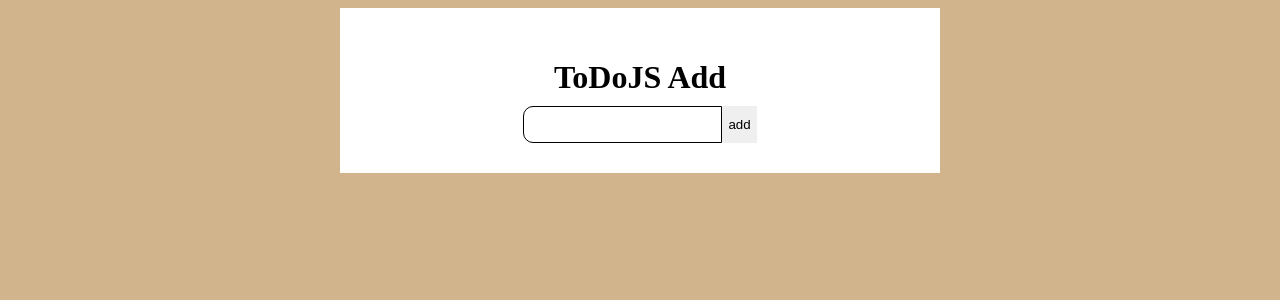
Repository: Savich01/ToDo
Page: index.html
An editor plug-in stored every save of this project. The page is shown before and after the next save, followed by the edit.
The browser window is 1280 px wide. The pictures show the whole page.

Above is the page before, as saved 2024-05-03 13:12:38.

### index.html
<!DOCTYPE html>
<html lang="en">
<head>
    <meta charset="UTF-8">
    <meta name="viewport" content="width=device-width, initial-scale=1.0">
    <link rel="stylesheet" href="css/style.css">
    <title>ToDO</title>
</head>
<body>
    <header class="header">
        <div class="header-block">
            <div class="header-block__sub">
                <h1 class="title">ToDoJS Add</h1>
                <form class="personal" action="#">
                    <input type="text" class="personal-input">
                    <button class="personal-btn">add</button>
                </form>
            </div>
        </div>
    </header>
        <!-- <div class="block1">
            <div class="block-sub">
                <h1 class="title">ToDoJS Add</h1>
                <div class="personal">
                    <input class="personal-input1" type="text">
                    <button class="personal-btn">add</button>
                </div>
            </div>
            <div class="block-sub2">

            </div>
        </div> -->
        <script src="js/script.js"></script>
</body>
</html>

### css/style.css
body {
    max-width: 100%;
    background: tan;
}

.header-block {
    max-width: 600px;
    margin: 0 auto;
    background: white;
}
 .header-block__sub {
    display: flex;
    flex-direction: column;
    justify-content: center;
    align-items: center;
    padding: 30px 0px;
 }

 .title {
    margin-bottom: 10px;
 }

 .personal {
    display: flex;
    justify-content: center;
 }

 .personal-input{
    padding: 10px;
    border: 1px solid #000;
    border-radius: 10px 0px 0px 10px;
 }
.personal-btn {
    border: none;
}
/*--------------------ПЕРВЫЙ БЛОК-------------------------------------*/

Loaded but not shown: js/script.js (no copy from this time; the picture is the same without it)

After the next save:
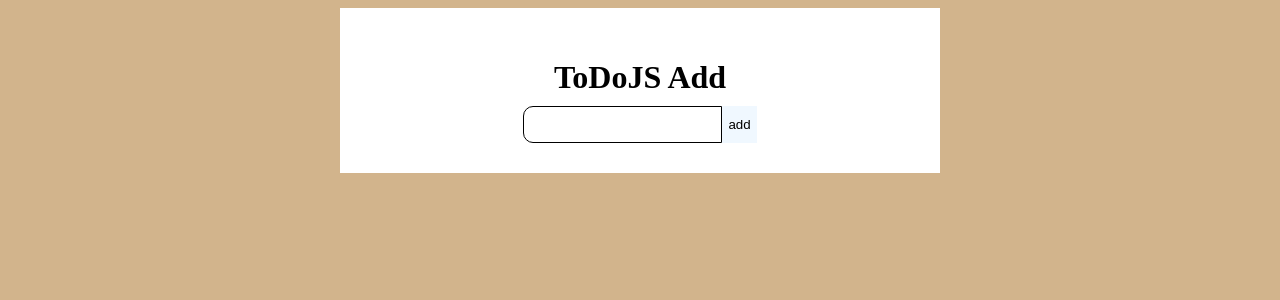
Saved 22 s later.
--- a/css/style.css
+++ b/css/style.css
@@ -32,5 +32,6 @@ body {
  }
 .personal-btn {
     border: none;
+    background-color: aliceblue;
 }
 /*--------------------ПЕРВЫЙ БЛОК-------------------------------------*/
